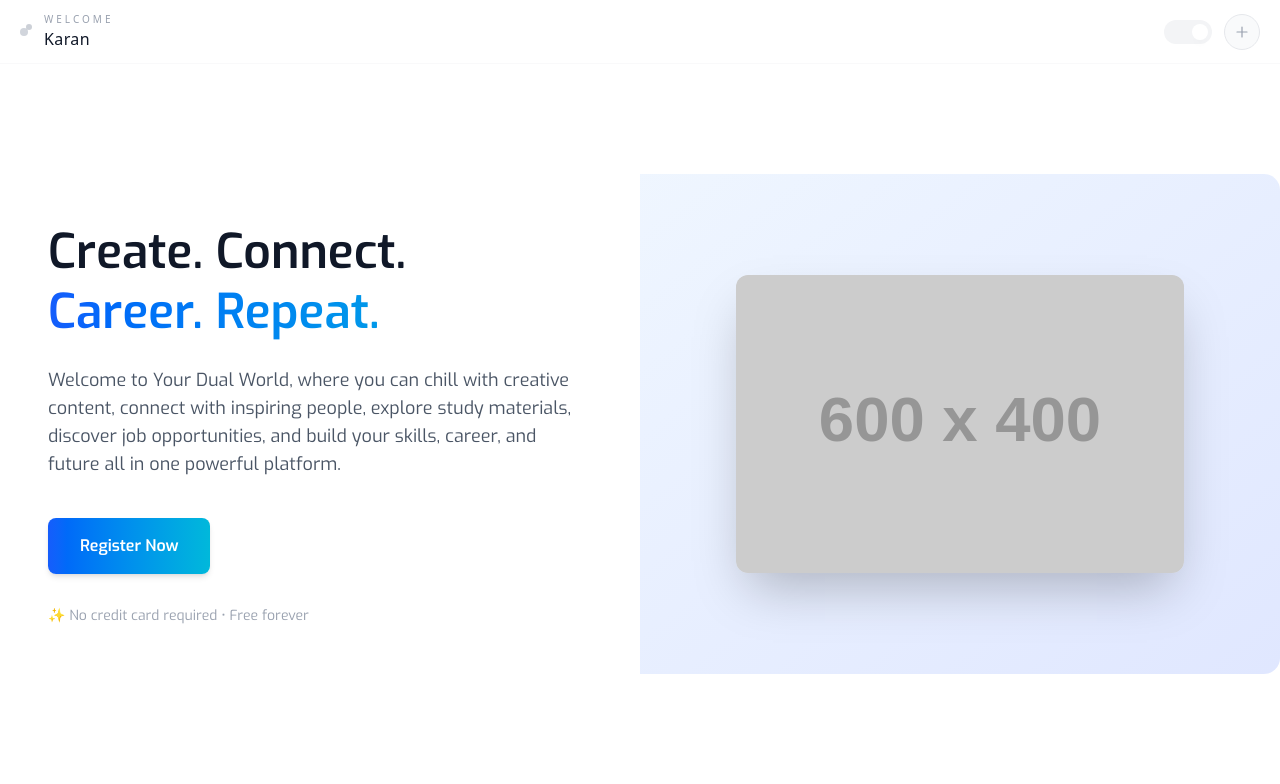
Repository: deepak445566/job
Page: / (app in frontend/)
An editor plug-in stored every save of this project. The page is shown before and after the next save, followed by the edit.
The browser window is 1280 px wide. The pictures show the whole page.
The page's requests for data from a server got no answer. Some web fonts or font styles are not loaded; a fallback is used. The project was rebuilt for these pictures with package versions that can differ from the ones it lists, and the page was loaded fresh each time. Some packages were replaced by stand-ins written for this rebuild. No one was signed in, and anything a server would have sent is missing. Also part of the build but not shown: frontend/vite.config.js, frontend/src/Components/auth/Login.jsx, frontend/src/Components/study/StudyDashboard.jsx, frontend/src/Components/chill/ChillDashboard.jsx.

Above is the page before, as saved 2026-02-26 14:05:14.

### frontend/index.html
<!doctype html>
<html lang="en">
  <head>
    <meta charset="UTF-8" />
    <link rel="icon" type="image/svg+xml" href="/vite.svg" />
    <meta name="viewport" content="width=device-width, initial-scale=1.0" />
    <title>frontend</title>
    <link rel="preconnect" href="https://fonts.googleapis.com">
<link rel="preconnect" href="https://fonts.gstatic.com" crossorigin>
<link href="https://fonts.googleapis.com/css2?family=Exo:ital,wght@0,100..900;1,100..900&family=Playfair+Display:ital,wght@0,400..900;1,400..900&display=swap" rel="stylesheet">
  </head>
  <body>
    <div id="root"></div>
    <script type="module" src="/src/main.jsx"></script>
  </body>
</html>

### frontend/src/main.jsx
import { StrictMode } from 'react'
import { createRoot } from 'react-dom/client'
import './index.css'
import App from './App.jsx'
import {BrowserRouter} from 'react-router-dom'
import { AppContextProvider } from './context/AppContextProvider.jsx'




createRoot(document.getElementById('root')).render(
  <BrowserRouter>
  <AppContextProvider>
  <StrictMode>
    <App />
  </StrictMode>
  </AppContextProvider>
  </BrowserRouter>
)

### frontend/src/index.css
@import "tailwindcss";
.exo{
  font-family: "Exo", sans-serif;

  font-style: normal;
}

### frontend/src/App.jsx
import React from "react";
import Login from "./Components/auth/Login";
import { Route, Routes } from "react-router-dom";
import Dashboard from "./Components/Dashboard";
import { useAppContext } from "./context/AppContextProvider";
import Navbar from "./Components/common/Navbar";

function App() {
  const { showLogin } = useAppContext(); // user bhi lein context se

  return (
    <div>
      {/* Navbar hamesha dikhega */}
      <Navbar />

      {/* Login modal - tabhi dikhega jab showLogin true ho */}
      {showLogin && <Login />}

      <Routes>
        <Route path="/" element={<Dashboard />} />
      </Routes>
    </div>
  );
}

export default App;

### frontend/src/context/AppContextProvider.jsx
import { useContext, useEffect, useState } from "react";
import { useNavigate } from "react-router-dom";
import axios from "axios";
import { AppContext } from "./AppContext";
import toast from 'react-hot-toast';

axios.defaults.withCredentials = true;
axios.defaults.baseURL = import.meta.env.VITE_BACKEND_URL;
console.log("Base URL:", import.meta.env.VITE_BACKEND_URL);

export const AppContextProvider = ({ children }) => {
  const navigate = useNavigate();
  const [user, setUser] = useState(null);
  const [mode, setMode] = useState('chill'); // Default 'chill' ya 'study'
  const [showLogin, setShowLogin] = useState(false);
  const [loading, setLoading] = useState(true);

  const fetchUser = async () => {
    try {
      const { data } = await axios.get("/api/auth/isauth");
      if (data.success) {
        setUser(data.user);
        // User login hai toh uski mode fetch karo
        fetchUserMode();
      }
    } catch (error) {
      setUser(null);
    } finally {
      setLoading(false);
    }
  };

  // User ka mode fetch karne ka function
  const fetchUserMode = async () => {
    try {
      const { data } = await axios.get("/api/mode/");
      if (data.success) {
        setMode(data.mode);
      }
    } catch (error) {
      console.log("Error fetching mode:", error);
    }
  };

  // Mode toggle karne ka function
  const toggleMode = async () => {
    if (!user) {
      toast.error("Please login first");
      setShowLogin(true);
      return;
    }

    try {
      const { data } = await axios.put("/api/mode/switch");
      if (data.success) {
        setMode(data.mode);
        toast.success(data.message);
      }
    } catch (error) {
      toast.error(error.response?.data?.message || "Error switching mode");
    }
  };

  useEffect(() => {
    fetchUser();
  }, []);

  return (
    <AppContext.Provider
      value={{
        navigate,
        user,
        setUser,
        axios,
        setShowLogin,
        showLogin,
        mode,
        setMode,
        toggleMode,
        loading
      }}
    >
      {children}
    </AppContext.Provider>
  );
};

export const useAppContext = () => useContext(AppContext);

### frontend/src/Components/Dashboard.jsx
// components/Dashboard.jsx
import React from 'react';
import { useAppContext } from '../context/AppContextProvider';
import StudyDashboard from './study/StudyDashboard';
import ChillDashboard from './chill/ChillDashboard';

function Dashboard() {
  const { mode, user, setShowLogin, loading } = useAppContext();

  // Loading state
  if (loading) {
    return (
      <div className="min-h-screen flex items-center justify-center">
        <div className="text-center">
          <div className="w-16 h-16 border-4 border-blue-500 border-t-transparent rounded-full animate-spin mx-auto mb-4"></div>
          <p className="text-gray-600">Loading dashboard...</p>
        </div>
      </div>
    );
  }

  // Agar user login nahi hai
  if (!user) {
    return (
     <div className="min-h-screen  flex items-center justify-center  exo">

      <div className=" w-full   rounded-2xl overflow-hidden flex flex-col md:flex-row">

        {/* Left side: Text and button */}
        <div className="w-full md:w-1/2 p-8 sm:p-10 lg:p-12 flex flex-col justify-center space-y-6">
          {/* Heading */}
          <h1 className="text-4xl sm:text-5xl font-semibold text-gray-900 leading-tight">
           Create. Connect.
            <span className="text-transparent bg-clip-text bg-gradient-to-r from-blue-600 to-cyan-500 block ">
            Career. Repeat.
            </span>
          </h1>

          {/* Paragraph */}
          <p className="text-lg text-gray-600 ">
            Welcome to Your Dual World, where you can chill with creative content, connect with inspiring people, explore study materials, discover job opportunities, and build your skills, career, and future all in one powerful platform.
          </p>

          {/* Register Now Button */}
          <div className="pt-4">
            <button className="px-8 py-4 bg-gradient-to-r from-blue-600 to-cyan-500 text-white font-semibold rounded-lg shadow-md hover:shadow-lg transform hover:scale-105 transition-all duration-300 ease-in-out focus:outline-none focus:ring-2 focus:ring-blue-400 focus:ring-offset-2">
              Register Now
            </button>
          </div>

          {/* Optional extra trust indicator */}
          <p className="text-sm text-gray-400 pt-2">✨ No credit card required • Free forever</p>
        </div>

        {/* Right side: Image */}
        <div className="w-full md:w-1/2 bg-gradient-to-br from-blue-50 to-indigo-100 flex items-center justify-center p-8 sm:p-10 lg:p-12">
          {/*
            Using a placeholder image from placeholder.com.
            Replace the src with your own image.
            The image is made responsive with object-fit to maintain aspect ratio.
          */}
          <img
            src="https://placehold.co/600x400/3b82f6/ffffff/png?text=Your+Image+Here&font=montserrat"
            alt="Hero visual representing our platform"
            className="w-full h-auto max-w-md rounded-xl shadow-2xl object-cover transform hover:scale-105 transition-transform duration-500"
          />
        </div>
      </div>
    </div>
    );
  }

  // Mode ke hisaab se dashboard render karo
  return (
    <div className="transition-all duration-500">
      {mode === 'study' ? <StudyDashboard /> : <ChillDashboard />}
    </div>
  );
}

export default Dashboard;

### frontend/src/Components/common/Navbar.jsx
import React, { useState } from "react";
import { useAppContext } from "../../context/AppContextProvider";
import toast from "react-hot-toast";

function Navbar() {
  const { user, setUser, axios, setShowLogin, navigate, mode, toggleMode } =
    useAppContext();
  const [loggingOut, setLoggingOut] = useState(false);
  const [togglingMode, setTogglingMode] = useState(false);
  const [showProfileMenu, setShowProfileMenu] = useState(false);

  const handleLogout = async () => {
    try {
      setLoggingOut(true);
      const { data } = await axios.post("/api/auth/logout");
      if (data.success) {
        setUser(null);
        setShowLogin(true);
        toast.success("Logged out successfully");
        navigate("/");
      } else {
        toast.error(data.message || "Logout failed");
      }
    } catch (error) {
      toast.error(error.response?.data?.message || "Error logging out");
    } finally {
      setLoggingOut(false);
      setShowProfileMenu(false);
    }
  };

  const handleToggleMode = async () => {
    try {
      setTogglingMode(true);
      await toggleMode();
    } catch (error) {
      console.error("Error toggling mode:", error);
    } finally {
      setTogglingMode(false);
    }
  };

  const handleProfileClick = () => {
    if (user) {
      setShowProfileMenu(!showProfileMenu);
    } else {
      setShowLogin(true);
    }
  };

  // Get first letter of name for avatar
  const getInitial = () => {
    if (user?.username) return user.username[0].toUpperCase();
    if (user?.email) return user.email[0].toUpperCase();
    return 'K';
  };

  return (
    <nav className="bg-white/80 backdrop-blur-xl px-5 py-3 border-b border-gray-100/50 sticky top-0 z-50">
      <div className="flex justify-between items-center max-w-7xl mx-auto">
        {/* Left Side - Minimal Luxury Greeting */}
        <div className="flex items-center gap-4">
          {/* Ultra-minimal greeting dot */}
          <div className="relative">
            <div className="w-2 h-2 bg-gray-300 rounded-full"></div>
            <div className="absolute -top-1 -right-1 w-1.5 h-1.5 bg-gray-400 rounded-full opacity-50"></div>
          </div>

          {/* Name with exquisite typography */}
          <div className="flex flex-col">
            <span className="text-[10px] uppercase tracking-[0.3em] text-gray-400 font-light">
              Welcome
            </span>
            <div className="flex items-center gap-2">
              <span className="text-base font-light text-gray-900 tracking-wide">
                {user?.username || user?.email?.split('@')[0] || 'Karan'}
              </span>
              {user && (
                <span className="w-1 h-1 bg-gray-300 rounded-full"></span>
              )}
            </div>
          </div>
        </div>

        {/* Right Side - Ultra Minimal Actions */}
        <div className="flex items-center gap-3">
          {/* Mode Toggle - Refined Switch */}
          <button
            onClick={handleToggleMode}
            disabled={togglingMode || !user}
            className={`relative w-12 h-6 rounded-full transition-all duration-700 ${
              user
                ? mode === 'study'
                  ? 'bg-gray-900'
                  : 'bg-gray-400'
                : 'bg-gray-100 cursor-not-allowed'
            }`}
            title={!user ? "Login to switch mode" : `Switch to ${mode === 'study' ? 'Chill' : 'Study'}`}
          >
            <span
              className={`absolute top-1 left-1 w-4 h-4 bg-white rounded-full shadow-xl transform transition-all duration-500 ease-in-out ${
                mode === 'chill' ? 'translate-x-6' : ''
              }`}
            />
          </button>

          {/* Profile - Museum Quality */}
          <div className="relative">
            <button
              onClick={handleProfileClick}
              className="group relative focus:outline-none"
            >
              {/* Ultra subtle ring */}
              {user && (
                <div className="absolute -inset-0.5 bg-gradient-to-r from-gray-200 to-gray-300 rounded-full opacity-0 group-hover:opacity-100 transition-opacity duration-500 blur-[1px]"></div>
              )}

              {/* Minimal Avatar */}
              <div className={`relative w-9 h-9 rounded-full flex items-center justify-center transition-all duration-300 ${
                user
                  ? 'bg-gray-900 text-white border border-white/20'
                  : 'bg-gray-50 text-gray-400 border border-gray-200'
              }`}>
                {user ? (
                  <span className="text-xs font-light tracking-wider">{getInitial()}</span>
                ) : (
                  <svg width="16" height="16" viewBox="0 0 16 16" fill="none" xmlns="http://www.w3.org/2000/svg">
                    <path d="M8 3V13M3 8H13" stroke="currentColor" strokeWidth="1.2" strokeLinecap="round"/>
                  </svg>
                )}
              </div>
            </button>

            {/* Profile Menu - Minimal Luxury Dropdown */}
            {showProfileMenu && user && (
              <>
                {/* Backdrop */}
                <div
                  className="fixed inset-0 z-40"
                  onClick={() => setShowProfileMenu(false)}
                />

                {/* Menu Card - Like a luxury boutique */}
                <div className="absolute right-0 mt-3 w-56 bg-white/95 backdrop-blur-xl rounded-2xl shadow-[0_20px_40px_-15px_rgba(0,0,0,0.1)] border border-gray-100/80 z-50 overflow-hidden">
                  {/* User Info - Minimal */}
                  <div className="px-5 py-4 border-b border-gray-100/50">
                    <p className="text-xs text-gray-400 uppercase tracking-[0.2em] mb-2 font-light">
                      Account
                    </p>
                    <p className="text-sm font-medium text-gray-900 mb-0.5">
                      {user.username || 'User'}
                    </p>
                    <p className="text-xs text-gray-400 truncate font-light">
                      {user.email || 'user@example.com'}
                    </p>
                  </div>

                  {/* Menu Items - Refined */}
                  <div className="p-2">
                    <button
                      onClick={() => {
                        setShowProfileMenu(false);
                        navigate('/profile');
                      }}
                      className="w-full px-4 py-2.5 text-left hover:bg-gray-50/80 rounded-xl transition-all duration-200 flex items-center gap-3 text-gray-600 group"
                    >
                      <span className="text-sm opacity-50 group-hover:opacity-100 transition-opacity">👤</span>
                      <span className="text-xs font-light tracking-wide">Profile</span>
                    </button>

                    <button
                      onClick={() => {
                        setShowProfileMenu(false);
                        navigate('/settings');
                      }}
                      className="w-full px-4 py-2.5 text-left hover:bg-gray-50/80 rounded-xl transition-all duration-200 flex items-center gap-3 text-gray-600 group"
                    >
                      <span className="text-sm opacity-50 group-hover:opacity-100 transition-opacity">⚙️</span>
                      <span className="text-xs font-light tracking-wide">Settings</span>
                    </button>

                    <div className="h-px bg-gray-100/50 my-2"></div>

                    <button
                      onClick={handleLogout}
                      disabled={loggingOut}
                      className="w-full px-4 py-2.5 text-left hover:bg-red-50/50 rounded-xl transition-all duration-200 flex items-center gap-3 text-red-400 group"
                    >
                      <span className="text-sm opacity-50 group-hover:opacity-100 transition-opacity">🚪</span>
                      <span className="text-xs font-light tracking-wide flex-1">
                        {loggingOut ? "Exiting..." : "Sign out"}
                      </span>
                      {loggingOut && (
                        <span className="w-3 h-3 border border-red-300 border-t-transparent rounded-full animate-spin" />
                      )}
                    </button>
                  </div>
                </div>
              </>
            )}
          </div>
        </div>
      </div>
    </nav>
  );
}

export default Navbar;

Loaded but not shown: frontend/src/context/AppContext.jsx (common file)

After the next save:
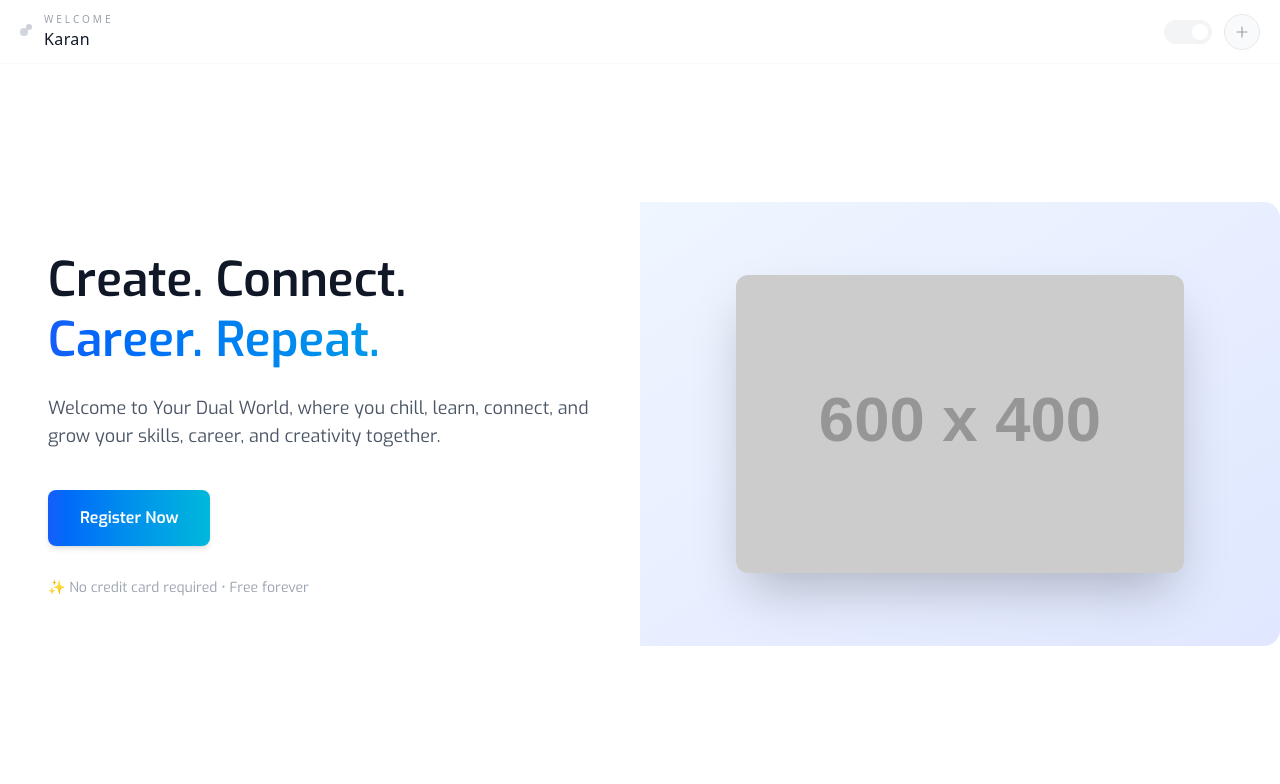
Saved 68 s later.
--- a/frontend/src/Components/Dashboard.jsx
+++ b/frontend/src/Components/Dashboard.jsx
@@ -38,7 +38,7 @@ function Dashboard() {
 
           {/* Paragraph */}
           <p className="text-lg text-gray-600 ">
-            Welcome to Your Dual World, where you can chill with creative content, connect with inspiring people, explore study materials, discover job opportunities, and build your skills, career, and future all in one powerful platform.
+           Welcome to Your Dual World, where you chill, learn, connect, and grow your skills, career, and creativity together.
           </p>
 
           {/* Register Now Button */}
